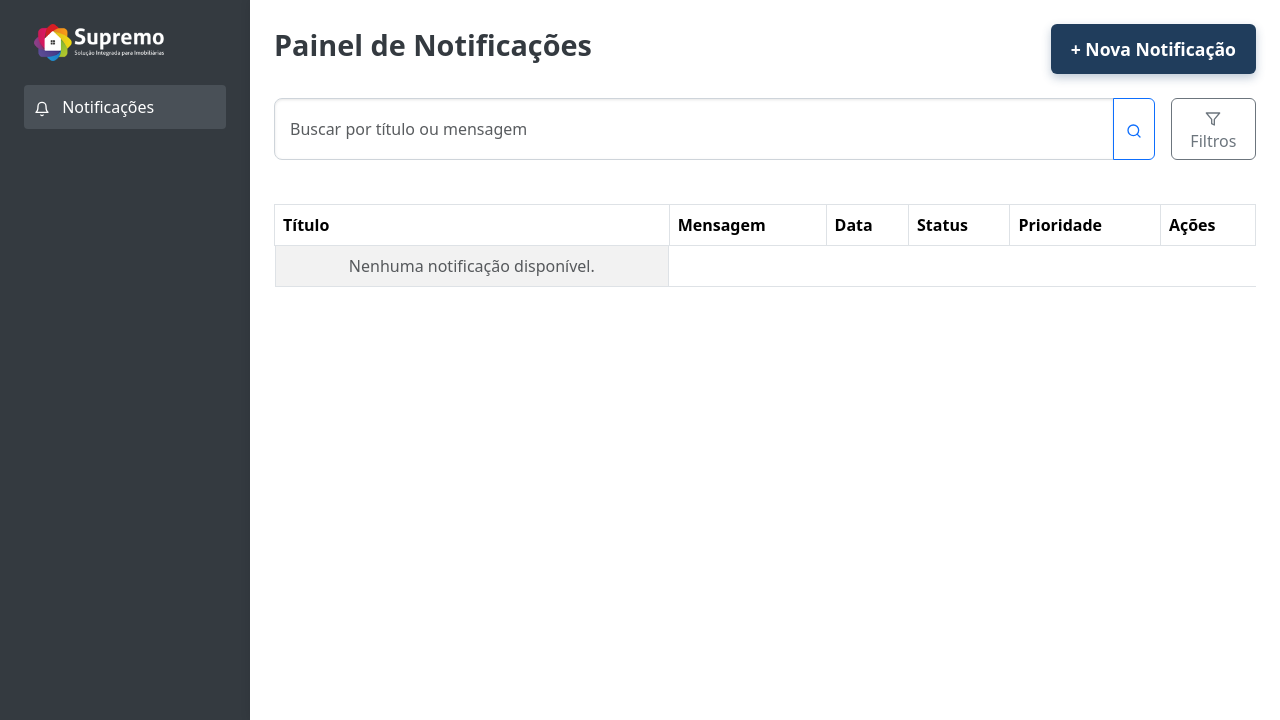
Repository: ryanmarinhodev/Supremo-teste-tecnico
Page: /notifications
The author's editor kept a copy of each file at every save. The page is drawn from the files as they stood at one save, then again after the next save.
The browser window is 1280 px wide. The pictures show the whole page.
The project was rebuilt for these pictures with package versions that can differ from the ones it lists, and the page was loaded fresh each time. Also part of the build but not shown: src/App.css, src/Components/Login/index.jsx.

Above is the page before, as saved 2024-11-07 19:37:11.

### src/App.js
import { BrowserRouter, Routes, Route } from "react-router-dom";
import "./App.css";
import Login from "./Components/Login";
import NotificationsPage from "./Components/Notifications/homeNotification";

const App = () => {
  return (
    <BrowserRouter>
      <Routes>
        <Route path="/" element={<Login />} />
        <Route path="/notifications" element={<NotificationsPage />} />
      </Routes>
    </BrowserRouter>
  );
};

export default App;

### src/Components/Notifications/homeNotification.jsx
import React, { useState } from "react";
import Menu from "./menu";
import Buscar from "./buscar";
import TabelaNotificacoes from "./tabelaNotificacoes";
import ModalNotificacao from "./modalNotificacao";
import "./notification.css";
import { Button } from "react-bootstrap";

const DashboardNotificacoes = () => {
  const [notifications, setNotifications] = useState([]);
  const [showModal, setShowModal] = useState(false);
  const [search, setSearch] = useState("");
  const [currentNotification, setCurrentNotification] = useState({
    id: null,
    title: "",
    message: "",
    date: "",
    status: "Não Lida",
    priority: "Normal",
  });

  const getCurrentDate = () => {
    const today = new Date();
    return today.toISOString().split("T")[0];
  };

  const openModal = (
    notification = {
      title: "",
      message: "",
      date: getCurrentDate(),
      status: "Não Lida",
      priority: "Normal",
    }
  ) => {
    setCurrentNotification(notification);
    setShowModal(true);
  };

  const closeModal = () => {
    setShowModal(false);
    setCurrentNotification({
      id: null,
      title: "",
      message: "",
      date: getCurrentDate(),
      status: "Não Lida",
      priority: "Normal",
    });
  };

  const handleChange = (e) => {
    const { name, value } = e.target;
    setCurrentNotification((prev) => ({ ...prev, [name]: value }));
  };

  const handleSubmit = () => {
    if (currentNotification.id) {
      setNotifications((prev) =>
        prev.map((notif) =>
          notif.id === currentNotification.id ? currentNotification : notif
        )
      );
    } else {
      setNotifications((prev) => [
        ...prev,
        { ...currentNotification, id: Date.now() },
      ]);
    }
    closeModal();
  };

  const handleDelete = (id) => {
    setNotifications((prev) => prev.filter((notif) => notif.id !== id));
  };

  const markAsRead = (id) => {
    setNotifications((prev) =>
      prev.map((notif) =>
        notif.id === id ? { ...notif, status: "Lida" } : notif
      )
    );
  };

  return (
    <div className="dashboard-container d-flex">
      <Menu />
      <div className="content flex-grow-1 p-4">
        <header className="d-flex justify-content-between align-items-center mb-4">
          <h2 className="page-title">Painel de Notificações</h2>
          <Button variant="primary" onClick={() => openModal()}>
            + Nova Notificação
          </Button>
        </header>

        <Buscar search={search} setSearch={setSearch} />

        <TabelaNotificacoes
          notifications={notifications}
          openModal={openModal}
          handleDelete={handleDelete}
          markAsRead={markAsRead}
        />

        <ModalNotificacao
          showModal={showModal}
          closeModal={closeModal}
          currentNotification={currentNotification}
          handleChange={handleChange}
          handleSubmit={handleSubmit}
        />
      </div>
    </div>
  );
};

export default DashboardNotificacoes;

### src/Components/Login/styles.css
:root {
    --primary-color: #203d5c;
    --secondary-color: #adb5bd;
    --hover-color: #182533;
    --background-overlay: rgba(0, 0, 0, 0.4);
    --box-shadow: 0 4px 10px rgba(47, 84, 122, 0.3);
}

.login-container {
    background: url('https://wallpapers.com/images/hd/4k-architecture-yellow-glass-building-6d7nbmyltxlyxxv8.jpg') no-repeat center center;
    background-size: cover;
    min-height: 100vh;
    padding: 20px;
    display: flex;
    align-items: center;
    justify-content: center;
    position: relative;
}

.login-container::before {
    content: '';
    position: absolute;
    top: 0;
    left: 0;
    right: 0;
    bottom: 0;
    background: var(--background-overlay);
    z-index: 1;
}

.login-card {
    width: 100%;
    max-width: 600px;
    background-color: #ffff;
    border-radius: 12px;
    box-shadow: var(--box-shadow);
    border: 1px solid rgba(0, 0, 0, 0.05);
    transition: transform 0.3s ease, box-shadow 0.3s ease;
    position: relative;
    z-index: 2;
    padding: 40px;
    animation: fadeIn 0.6s ease;
    align-items: center;
    text-align: center;
}

.login-card:hover {
    transform: translateY(-5px);
    box-shadow: 0 15px 40px rgba(0, 0, 0, 0.3);
}


.logo {
    width: 100px;
    height: auto;
    margin-bottom: 20px;
}

.text-center {
    display: flex;
    flex-direction: column;
    align-items: center;
}

.login-title {
    font-size: 2rem;
    font-weight: 700;
    color: #000;
    margin-top: 10px;
    margin-bottom: 10px;
    font-family: 'Poppins', sans-serif;
}

.title-underline {
    width: 60px;
    height: 4px;
    background-color: #495f75;
    margin: 0 auto 20px auto;
    border-radius: 2px;
}

.subtitle {
    font-size: 1rem;
    color: #e0e0e0;
    text-align: center;
    margin-bottom: 30px;
    font-weight: 400;
}


.form-control {
    border-radius: 8px;
    padding: 15px;
    font-size: 1rem;
    border: 1px solid #ced4da;
    box-shadow: inset 0 1px 3px rgba(0, 0, 0, 0.1);
    transition: border-color 0.3s ease, box-shadow 0.3s ease;
}

.form-control:focus {
    border-color: var(--primary-color);
    box-shadow: 0 0 0 0.2rem rgba(89, 124, 161, 0.25);
}

/* Botão de login com estilo profissional */
.btn-primary {
    background-color: var(--primary-color);
    border: none;
    font-size: 1.1rem;
    font-weight: 600;
    padding: 12px 20px;
    border-radius: 6px;
    transition: background-color 0.3s ease, transform 0.2s ease;
    box-shadow: var(--box-shadow);
}

.btn-primary:hover {
    background-color: var(--hover-color);
    transform: scale(1.03);
}

/* Link "Esqueci a senha" com estilo sutil */
.text-secondary {
    color: var(--secondary-color) !important;
    font-size: 0.9rem;
}

.text-secondary:hover {
    color: #000 !important;
    text-decoration: underline;
}

/* Altera a cor de fundo e da borda do checkbox quando marcado */
.form-check-input:checked {
    background-color: var(--hover-color);
    border-color: var(--secondary-color);
}

.form-check-input:focus {
    box-shadow: none;
}

/* Efeito de transição suave ao aparecer o card */
@keyframes fadeIn {
    from {
        opacity: 0;
        transform: scale(0.9);
    }
    to {
        opacity: 1;
        transform: scale(1);
    }
}

@media (max-width: 768px) {
    .login-card {
        max-width: 90%;
        padding: 20px;
        border-radius: 8px;
    }

    .login-title {
        font-size: 1.5rem;
    }

    .subtitle {
        font-size: 0.9rem;
    }

    .logo {
        width: 80px;
    }

    .form-control {
        padding: 10px;
        font-size: 0.9rem;
    }

    .btn-primary {
        font-size: 1rem;
        padding: 10px;
    }

    .title-underline {
        width: 50px;
        height: 3px;
    }
}

### src/Components/Notifications/menu.jsx
import React from "react";
import { FiBell } from "react-icons/fi";
import Logo from "../../assets/logo-supremo-branco.png";

const Sidebar = () => (
  <aside className="sidebar p-4">
    <img src={Logo} alt="Logotipo Supremo" className="logo" />
    <ul className="nav flex-column mt-4">
      <li className="nav-item mb-2">
        <a href="/notifications" className="nav-link active">
          <FiBell className="me-2" /> Notificações
        </a>
      </li>
    </ul>
  </aside>
);

export default Sidebar;

### src/Components/Notifications/buscar.jsx
import React from "react";
import { InputGroup, FormControl, Button } from "react-bootstrap";
import { FiSearch, FiFilter } from "react-icons/fi";

const BarraBusca = ({ search, setSearch }) => (
  <div className="d-flex mb-4">
    <InputGroup className="me-2">
      <FormControl
        placeholder="Buscar por título ou mensagem"
        value={search}
        onChange={(e) => setSearch(e.target.value)}
      />
      <Button variant="outline-primary">
        <FiSearch />
      </Button>
    </InputGroup>
    <Button variant="outline-secondary" className="ms-2">
      <FiFilter /> Filtros
    </Button>
  </div>
);

export default BarraBusca;

### src/Components/Notifications/tabelaNotificacoes.jsx
import React from "react";
import { Table, Button, Badge } from "react-bootstrap";
import { FiEdit, FiTrash2, FiCheckCircle } from "react-icons/fi";

const TabelaNotificacoes = ({
  notifications,
  openModal,
  handleDelete,
  markAsRead,
}) => (
  <Table striped bordered hover responsive>
    <thead>
      <tr>
        <th>Título</th>
        <th>Mensagem</th>
        <th>Data</th>
        <th>Status</th>
        <th>Prioridade</th>
        <th>Ações</th>
      </tr>
    </thead>
    <tbody>
      {notifications.length > 0 ? (
        notifications.map((notification) => (
          <tr key={notification.id}>
            <td>{notification.title}</td>
            <td>{notification.message}</td>
            <td>{notification.date}</td>
            <td>
              <Badge
                bg={notification.status === "Não Lida" ? "warning" : "success"}
              >
                {notification.status}
              </Badge>
            </td>
            <td>
              <Badge bg={notification.priority === "Alta" ? "danger" : "info"}>
                {notification.priority}
              </Badge>
            </td>
            <td>
              <Button
                variant="outline-secondary"
                size="sm"
                className="me-2"
                onClick={() => openModal(notification)}
              >
                <FiEdit /> Editar
              </Button>
              <Button
                variant="outline-danger"
                size="sm"
                onClick={() => handleDelete(notification.id)}
              >
                <FiTrash2 /> Excluir
              </Button>
              {notification.status === "Não Lida" && (
                <Button
                  variant="outline-success"
                  size="sm"
                  className="ms-2"
                  onClick={() => markAsRead(notification.id)}
                >
                  <FiCheckCircle /> Marcar como Lida
                </Button>
              )}
            </td>
          </tr>
        ))
      ) : (
        <tr>
          <td colSpan="6" className="text-center text-muted">
            Nenhuma notificação disponível.
          </td>
        </tr>
      )}
    </tbody>
  </Table>
);

export default TabelaNotificacoes;

### src/Components/Notifications/modalNotificacao.jsx
import React from "react";
import { Modal, Button, Form } from "react-bootstrap";

const ModalNotificacao = ({
  showModal,
  closeModal,
  currentNotification,
  handleChange,
  handleSubmit,
}) => {
  return (
    <Modal show={showModal} onHide={closeModal}>
      <Modal.Header closeButton>
        <Modal.Title>
          {currentNotification.id
            ? "Editar Notificação"
            : "Cadastrar Notificação"}
        </Modal.Title>
      </Modal.Header>
      <Modal.Body>
        <Form>
          <Form.Group className="mb-3">
            <Form.Label>Título</Form.Label>
            <Form.Control
              type="text"
              placeholder="Título da Notificação"
              name="title"
              value={currentNotification.title}
              onChange={handleChange}
            />
          </Form.Group>
          <Form.Group className="mb-3">
            <Form.Label>Mensagem</Form.Label>
            <Form.Control
              as="textarea"
              rows={3}
              placeholder="Mensagem da Notificação"
              name="message"
              value={currentNotification.message}
              onChange={handleChange}
            />
          </Form.Group>
          <Form.Group className="mb-3">
            <Form.Label>Data de Envio</Form.Label>
            <Form.Control
              type="date"
              name="date"
              value={currentNotification.date}
              onChange={handleChange}
            />
          </Form.Group>
          <Form.Group className="mb-3">
            <Form.Label>Prioridade</Form.Label>
            <Form.Select
              name="priority"
              value={currentNotification.priority}
              onChange={handleChange}
            >
              <option value="Normal">Normal</option>
              <option value="Alta">Alta</option>
            </Form.Select>
          </Form.Group>
        </Form>
      </Modal.Body>
      <Modal.Footer>
        <Button variant="secondary" onClick={closeModal}>
          Cancelar
        </Button>
        <Button variant="primary" onClick={handleSubmit}>
          {currentNotification.id ? "Salvar Alterações" : "Cadastrar"}
        </Button>
      </Modal.Footer>
    </Modal>
  );
};

export default ModalNotificacao;

### src/Components/Notifications/notification.css
.dashboard-container {
    display: flex;
    min-height: 100vh;
    background-color: #f8f9fa;
  }

  .sidebar {
    width: 250px;
    background-color: #343a40;
    color: #fff;
    height: 100vh;
  }

.logo {
    width: 130px;
    display: flex;
    margin-left: 10px;
}

  .sidebar h4 {
    font-size: 1.4rem;
    font-weight: bold;
    color: #fff;
  }

  .sidebar .nav-link {
    color: #ced4da;
    padding: 10px;
    font-weight: 500;
  }

  .sidebar .nav-link:hover,
  .sidebar .nav-link.active {
    background-color: #495057;
    color: #fff;
    border-radius: 4px;
  }

  .content {
    flex-grow: 1;
    padding: 20px 40px;
    background-color: #ffffff;
    box-shadow: 0px 0px 10px rgba(0, 0, 0, 0.1);
  }

  .page-title {
    font-size: 1.8rem;
    font-weight: bold;
    color: #343a40;
  }

  .table {
    margin-top: 20px;
  }

  button {
    transition: background-color 0.3s ease, box-shadow 0.2s ease;
  }

  button:hover {
    box-shadow: 0px 4px 8px rgba(0, 0, 0, 0.15);
  }


  /* Responsividade: Oculta a sidebar e ajusta o conteúdo em telas menores */
@media (max-width: 768px) {
  .sidebar {
    width: 100%;
    height: auto;
    transform: translateX(-100%);
    position: absolute;
    top: 0;
    left: 0;
  }

  .sidebar.active {
    transform: translateX(0);
  }

  .content {
    margin-left: 0;
    padding: 20px;
  }
}

/* Botão de alternância da sidebar */
.sidebar-toggle {
  display: none;
}

@media (max-width: 768px) {
  .sidebar-toggle {
    display: block;
    background-color: #343a40;
    color: #fff;
    position: fixed;
    top: 10px;
    left: 10px;
    z-index: 1100;
  }
}

.page-title {
  font-size: 1.8rem;
  font-weight: bold;
  color: #343a40;
}

/* Ajuste da fonte do título em telas pequenas */
@media (max-width: 768px) {
  .page-title {
    font-size: 1.5rem;
  }
}

/* Barra de busca e botão */
.button-container {
  display: flex;
  justify-content: space-between;
  align-items: center;
  margin-bottom: 20px;
}

/* Estilo para a tabela */
.table {
  margin-top: 20px;
}

button {
  transition: background-color 0.3s ease, box-shadow 0.2s ease;
}

button:hover {
  box-shadow: 0px 4px 8px rgba(0, 0, 0, 0.15);
}


@media (max-width: 768px) {
    .sidebar {
      width: 100%;
      height: auto;
      transform: translateX(-100%);
      position: absolute;
      top: 0;
      left: 0;
    }

    .sidebar.active {
      transform: translateX(0);
    }

    .content {
      margin-left: 0;
      padding: 20px;
    }
  }

  .sidebar-toggle {
    display: none;
  }

  @media (max-width: 768px) {
    .sidebar-toggle {
      display: block;
      background-color: #343a40;
      color: #fff;
      position: fixed;
      top: 10px;
      left: 10px;
      z-index: 1100;
    }
  }

  .page-title {
    font-size: 1.8rem;
    font-weight: bold;
    color: #343a40;
  }

  @media (max-width: 768px) {
    .page-title {
      font-size: 1.5rem;
    }
  }

  .button-container {
    display: flex;
    justify-content: space-between;
    align-items: center;
    margin-bottom: 20px;
  }

  /* Estilo para a tabela */
  .table {
    margin-top: 20px;
  }

  button {
    transition: background-color 0.3s ease, box-shadow 0.2s ease;
  }

  button:hover {
    box-shadow: 0px 4px 8px rgba(0, 0, 0, 0.15);
  }

Loaded but not shown: public/index.html (common file); src/index.js (common file); src/index.css (common file); src/reportWebVitals.js (common file)

After the next save:
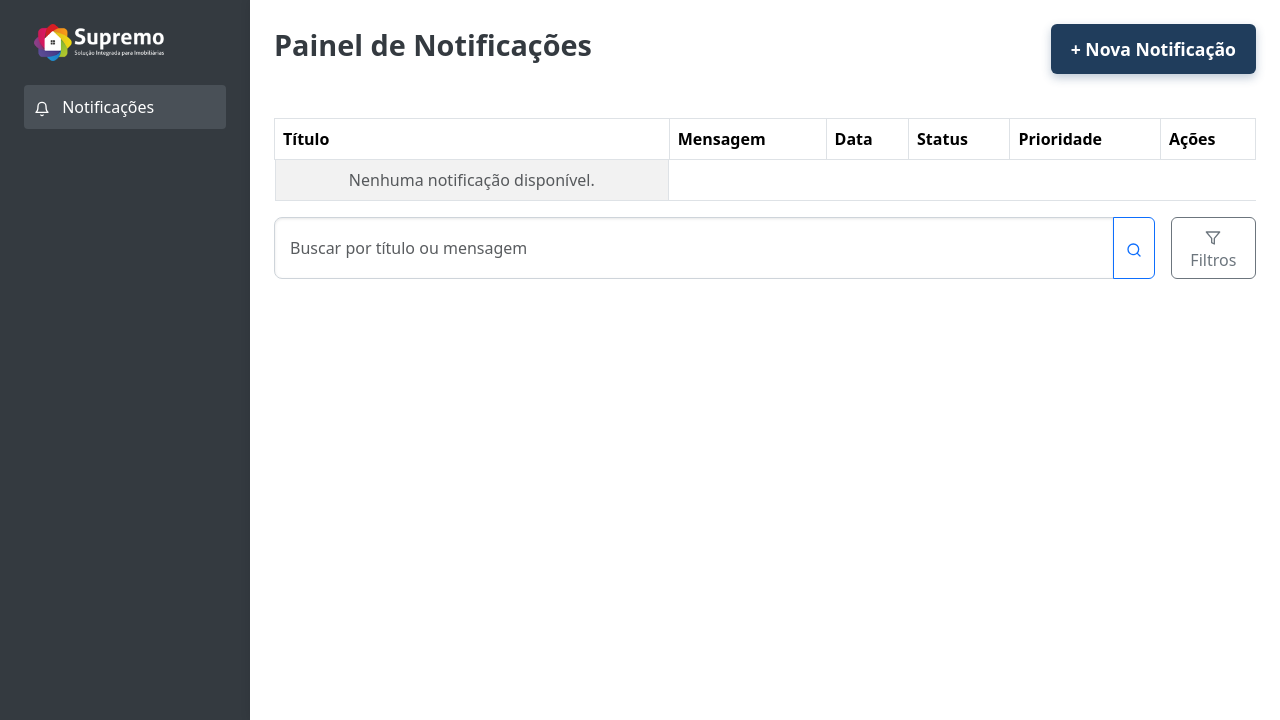
Saved 26 s later.
--- a/src/Components/Notifications/homeNotification.jsx
+++ b/src/Components/Notifications/homeNotification.jsx
@@ -93,14 +93,13 @@
           </Button>
         </header>
 
-        <Buscar search={search} setSearch={setSearch} />
-
         <TabelaNotificacoes
           notifications={notifications}
           openModal={openModal}
           handleDelete={handleDelete}
           markAsRead={markAsRead}
         />
+        <Buscar search={search} setSearch={setSearch} />
 
         <ModalNotificacao
           showModal={showModal}

After the save that followed:
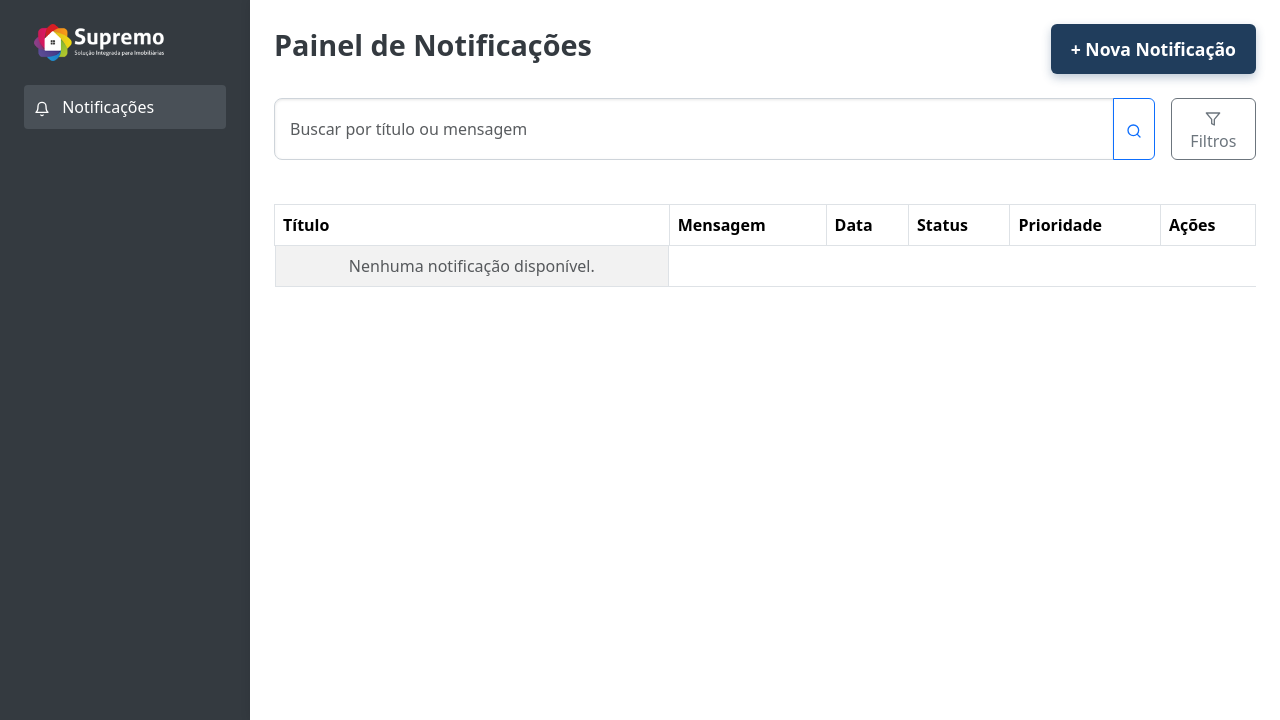
Saved 6 s later.
--- a/src/Components/Notifications/homeNotification.jsx
+++ b/src/Components/Notifications/homeNotification.jsx
@@ -93,13 +93,13 @@
           </Button>
         </header>
 
+        <Buscar search={search} setSearch={setSearch} />
         <TabelaNotificacoes
           notifications={notifications}
           openModal={openModal}
           handleDelete={handleDelete}
           markAsRead={markAsRead}
         />
-        <Buscar search={search} setSearch={setSearch} />
 
         <ModalNotificacao
           showModal={showModal}
